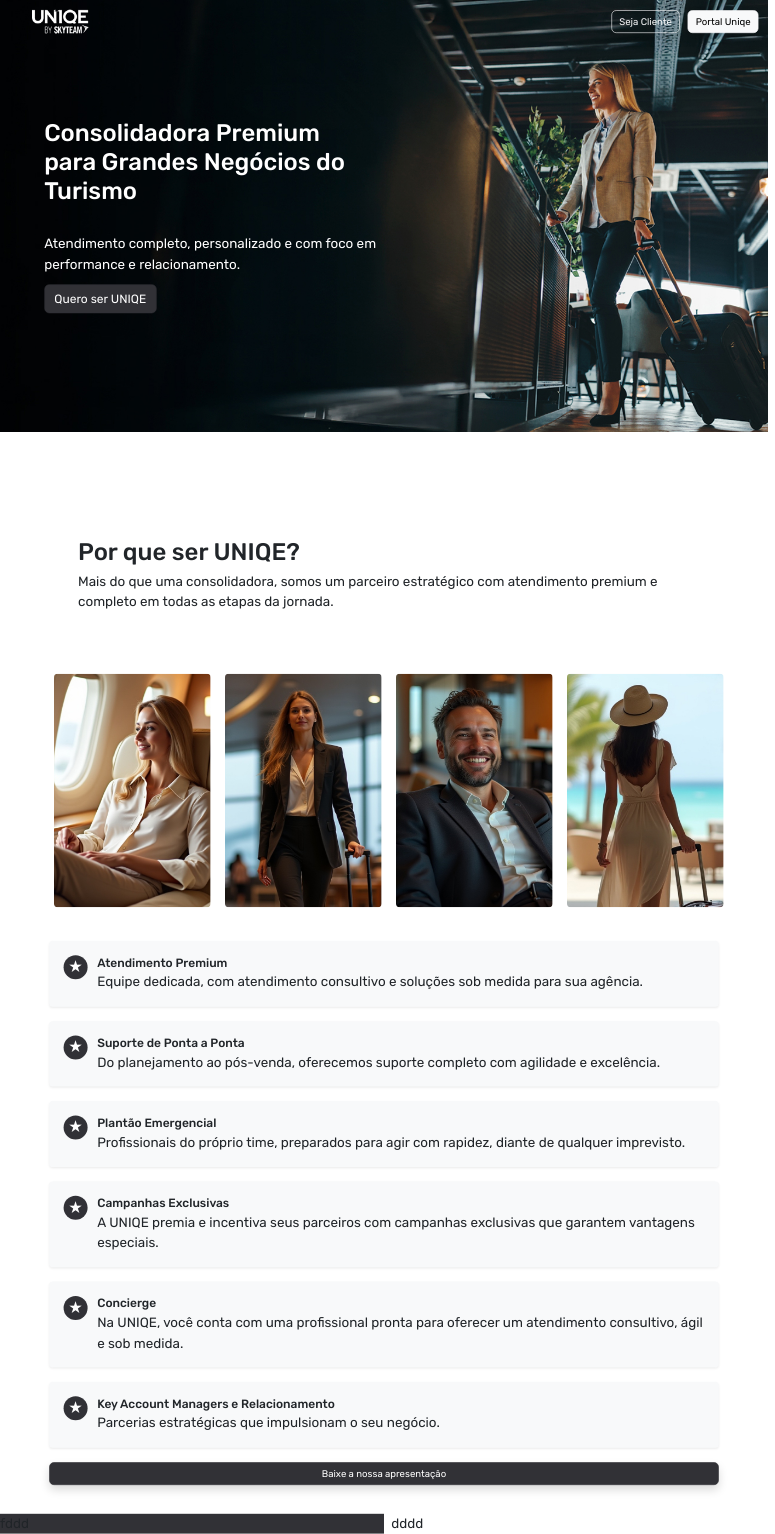
Repository: SkyTeam-Dev/Site-Uniqe
Page: http://localhost/
These files come from the project's save history. The page is drawn as it stood at one moment and after the next save; the edit follows.
The browser window is 1280 px wide. The page is 1292 px wide, so the pictures cover 1292 px, including what lies to the right of the window. The pictures show the whole page, at 60% of full size.
Some web libraries are served in a nearby version. The page is run by PHP 8.4 with error messages shown; the project is at /var/www/html/.

Above is the page before, as saved 2025-07-03 15:53:55.

After the next save:
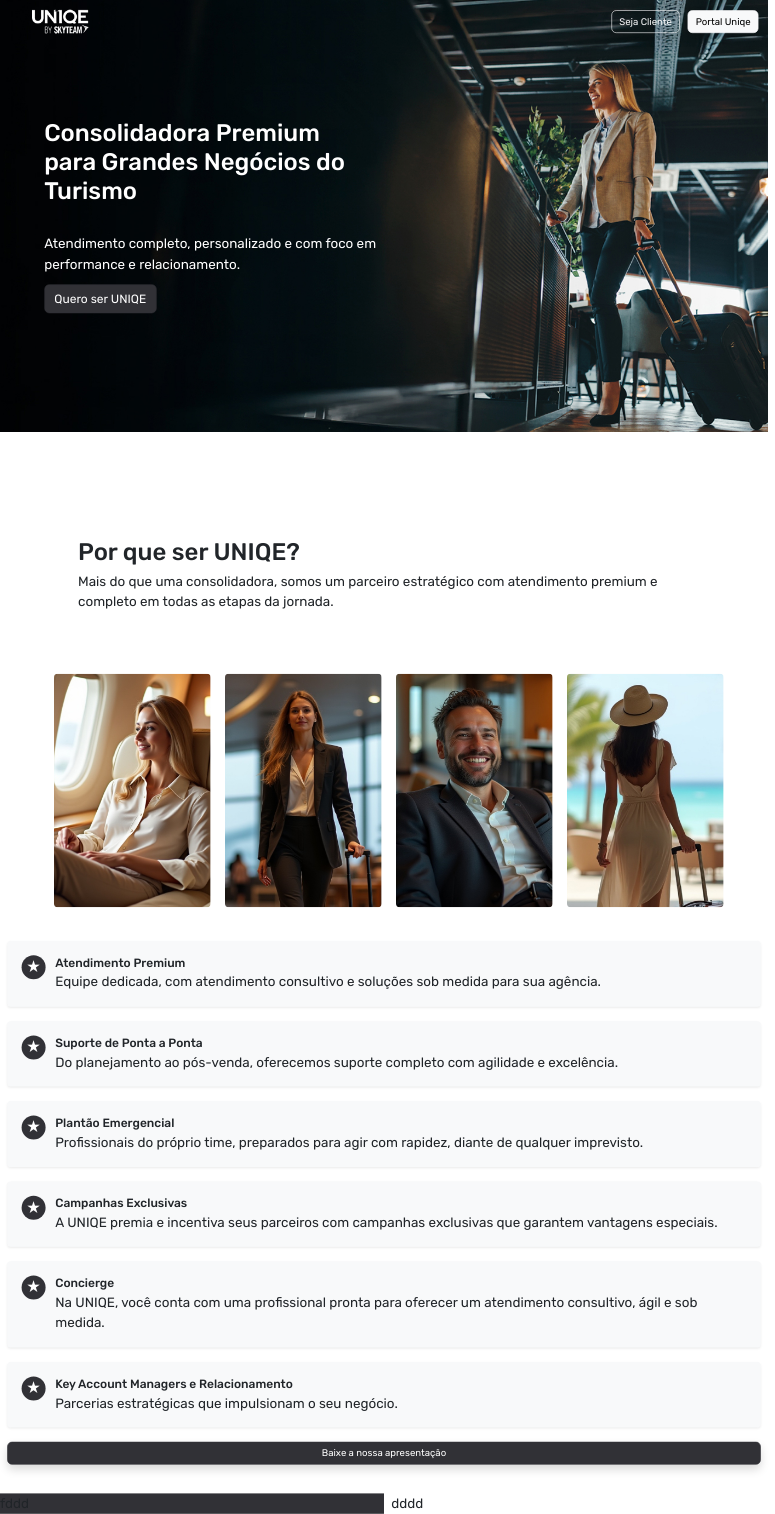
Saved 2 min 27 s later.
--- a/index.php
+++ b/index.php
@@ -253,7 +253,7 @@
 
     <!-- Por que ser UNIQE -->
 
-    <section class="container py-5">
+    <section class="container-fluid py-5">
         <div class="row g-4">
 
             <div class="col-12">

After the save that followed:
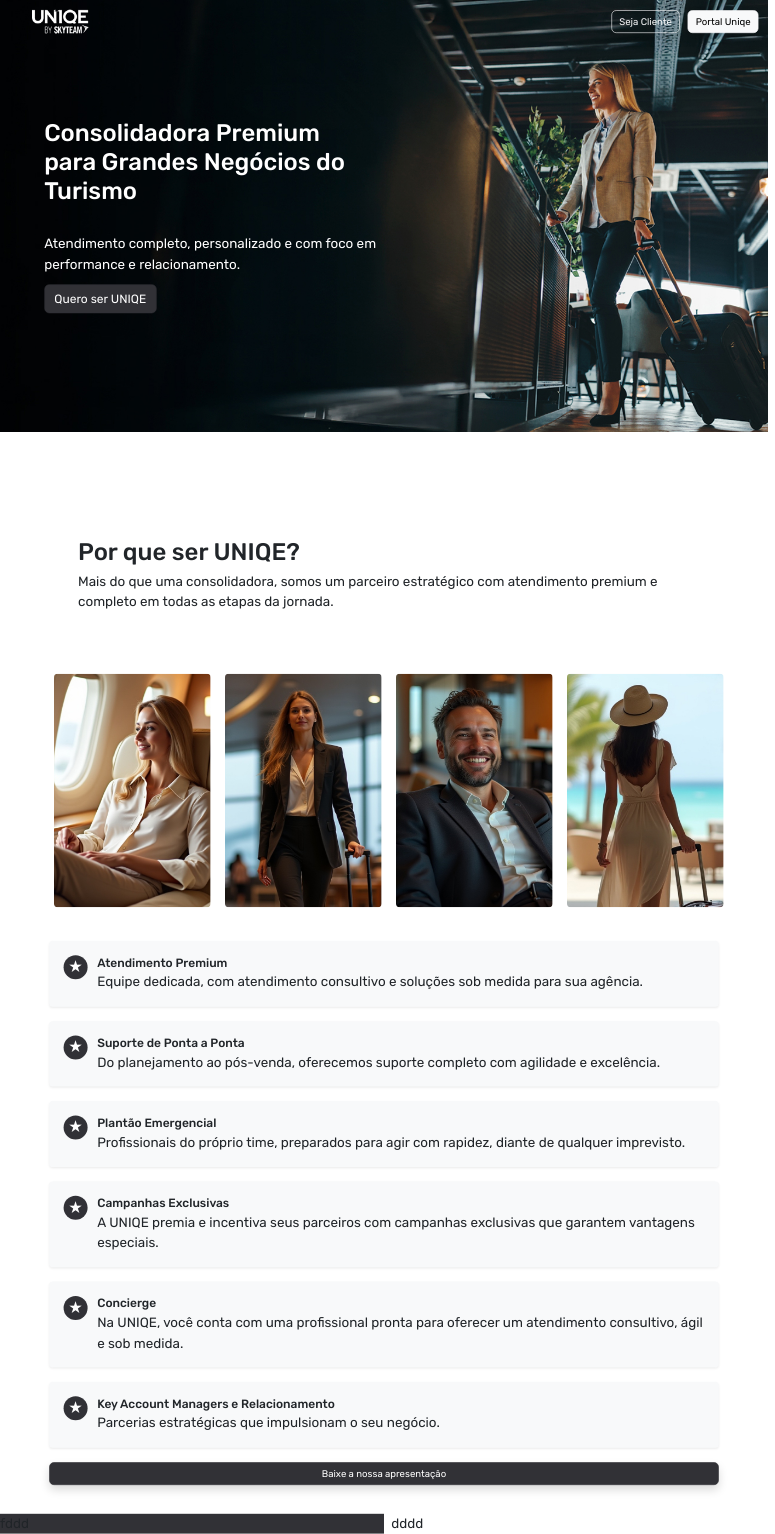
Saved 12 s later.
--- a/index.php
+++ b/index.php
@@ -253,7 +253,7 @@
 
     <!-- Por que ser UNIQE -->
 
-    <section class="container-fluid py-5">
+    <section class="container py-5">
         <div class="row g-4">
 
             <div class="col-12">
